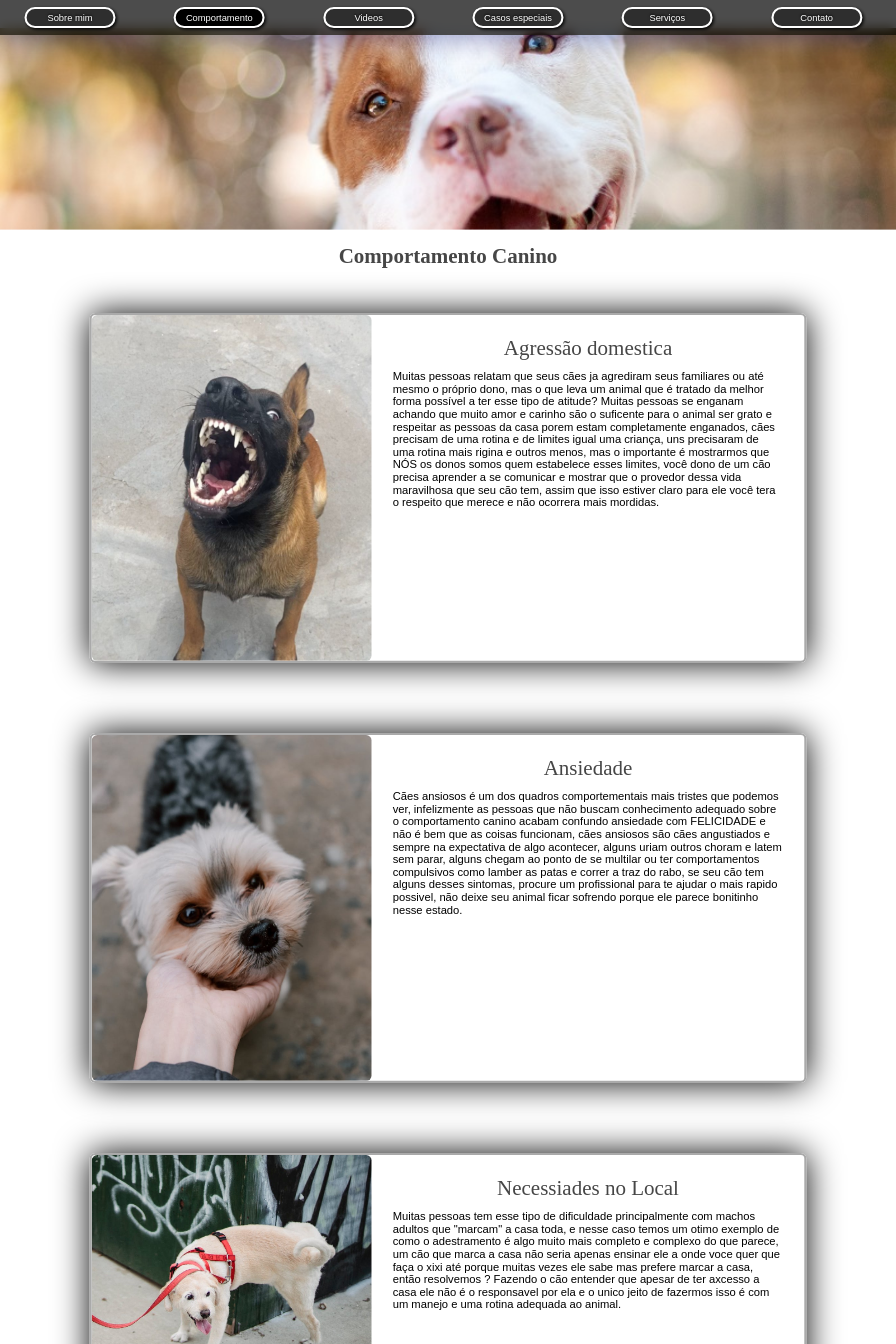
Repository: KevynMarques/Blog-React-StyledComponent
Page: /, after clicking the first element matching `button.sc-eqUAAy`
The author's editor kept a copy of each file at every save. The page is drawn from the files as they stood at one save, then again after a run of saves.
The browser window is 1280 px wide. The pictures show the part of the page from y = 0 to 1920 px (the page is 3448 px tall), at 70% of full size.
The project was rebuilt for these pictures with package versions that can differ from the ones it lists, and the page was loaded fresh each time. Also part of the build but not shown: src/Components/Clientes/index.jsx, src/Components/Serviços/index.jsx, src/Components/Contato/index.jsx, src/Components/View/index.jsx.

Above is the page before, as saved 2022-02-22 10:01:26.

After the next 2 saves:
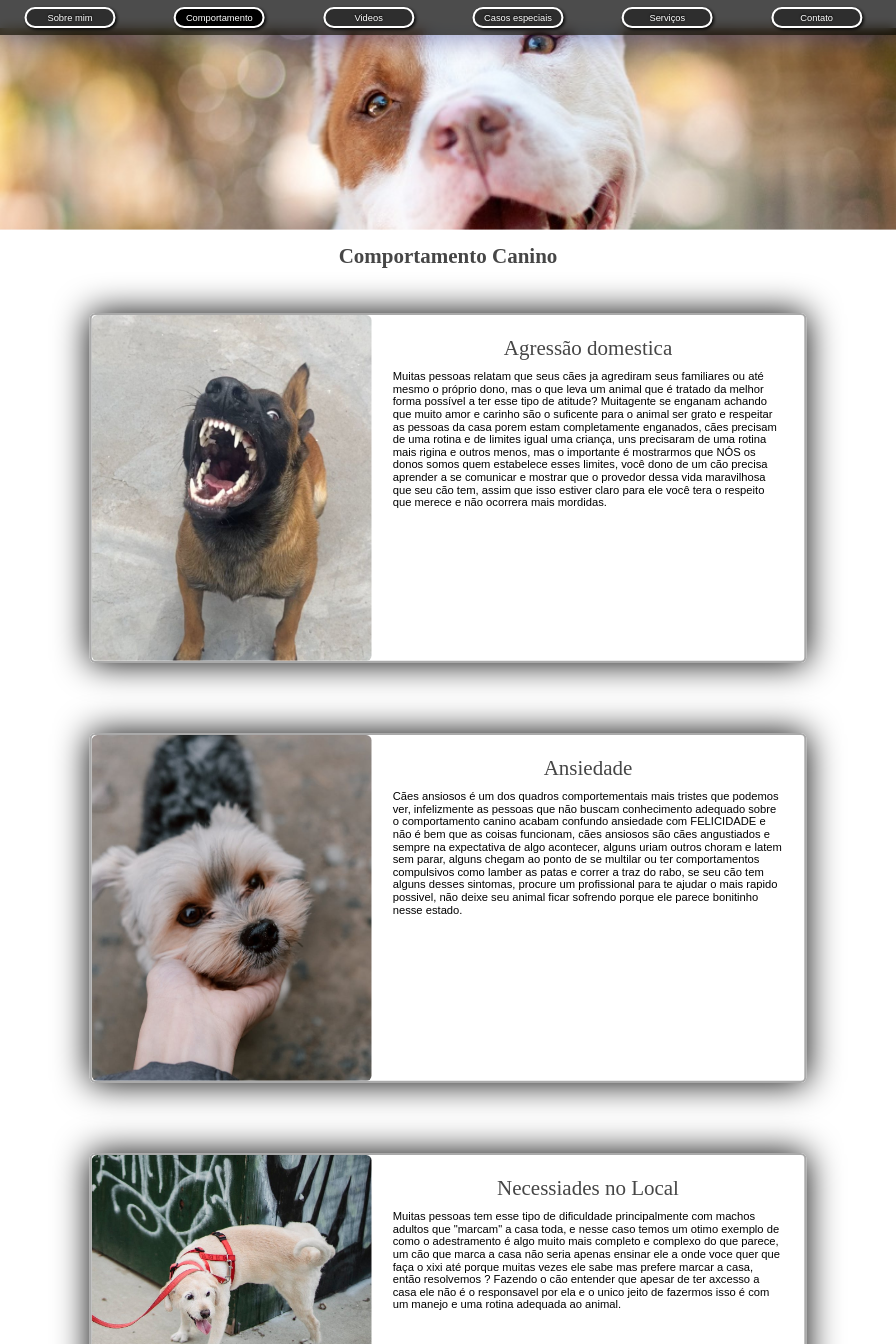
The 2 saves are shown as one change because they came seconds apart.
The last was saved 28 s later.
--- a/src/Components/Artigos/index.jsx
+++ b/src/Components/Artigos/index.jsx
@@ -26,7 +26,7 @@ export default () => {
        <Info>
        <TitleInfo>Agressão domestica</TitleInfo>
        Muitas pessoas relatam que seus cães ja agrediram seus familiares ou até mesmo o próprio dono, mas o que leva um animal que é tratado
-       da melhor forma possível a ter esse tipo de atitude? Muitas pessoas se enganam achando que muito amor e carinho são o suficente para o animal ser grato e respeitar as pessoas da casa porem estam completamente enganados, cães precisam de uma rotina e de limites igual uma criança, uns precisaram de uma rotina mais rigina e outros menos, mas o importante é mostrarmos que NÓS os donos somos quem estabelece esses limites, você dono de um cão precisa aprender a se comunicar e mostrar que o provedor dessa vida maravilhosa que seu cão tem, assim que isso estiver claro para ele você tera o respeito que merece e não ocorrera mais mordidas.
+       da melhor forma possível a ter esse tipo de atitude? Muitagente se enganam achando que muito amor e carinho são o suficente para o animal ser grato e respeitar as pessoas da casa porem estam completamente enganados, cães precisam de uma rotina e de limites igual uma criança, uns precisaram de uma rotina mais rigina e outros menos, mas o importante é mostrarmos que NÓS os donos somos quem estabelece esses limites, você dono de um cão precisa aprender a se comunicar e mostrar que o provedor dessa vida maravilhosa que seu cão tem, assim que isso estiver claro para ele você tera o respeito que merece e não ocorrera mais mordidas.
         </Info>
        </ContainerBox>
 
